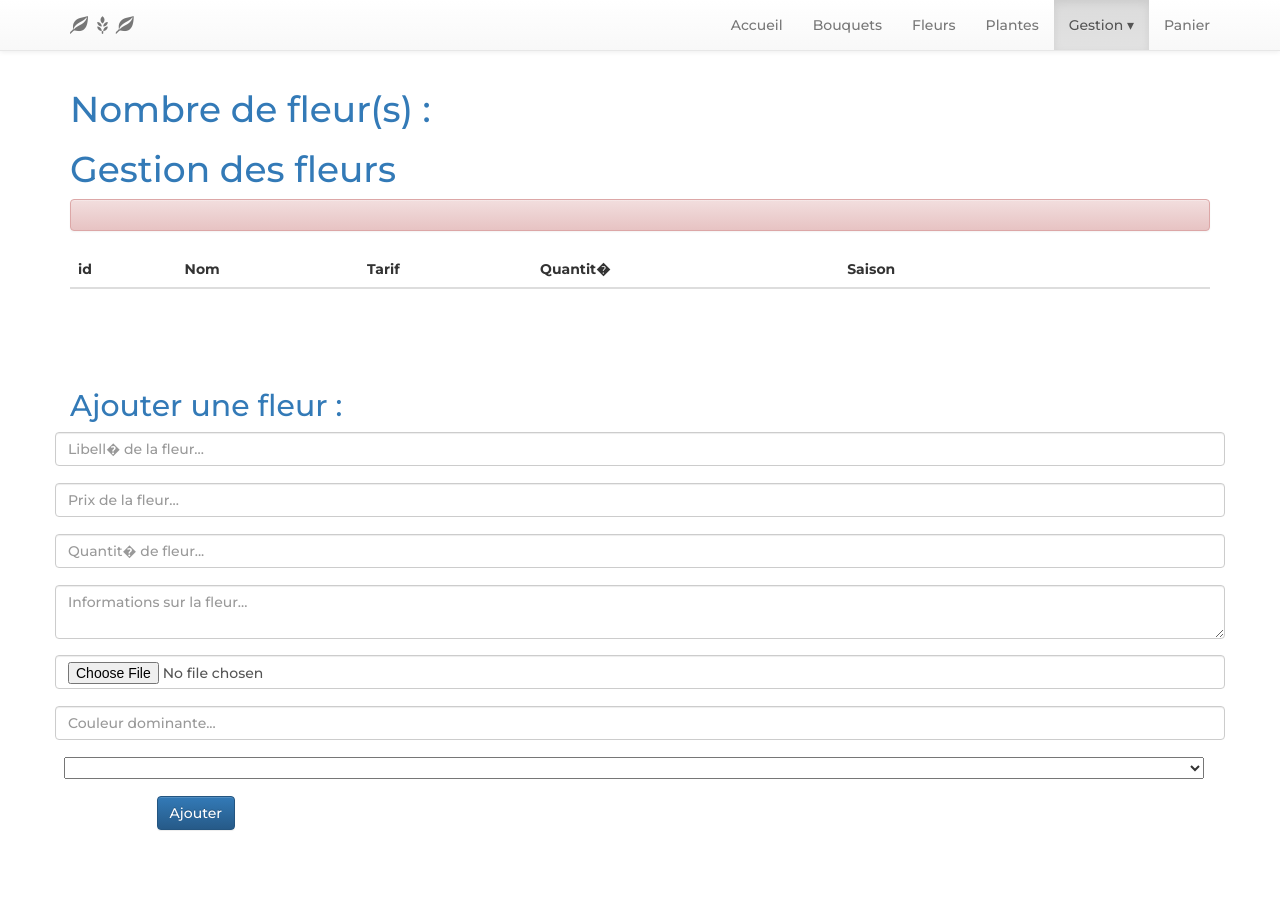
Repository: JeremT8/JavaFleuristeProject
Page: tp-fleuriste/src/main/webapp/fleurs.html
The author's editor kept a copy of each file at every save. The page is drawn from the files as they stood at one save, then again after the next save.
The browser window is 1280 px wide. The pictures show the whole page.
The page's requests for data from a server got no answer. Some web libraries are served in a nearby version.

Above is the page before, as saved 2022-05-19 07:50:15.

After the next save:
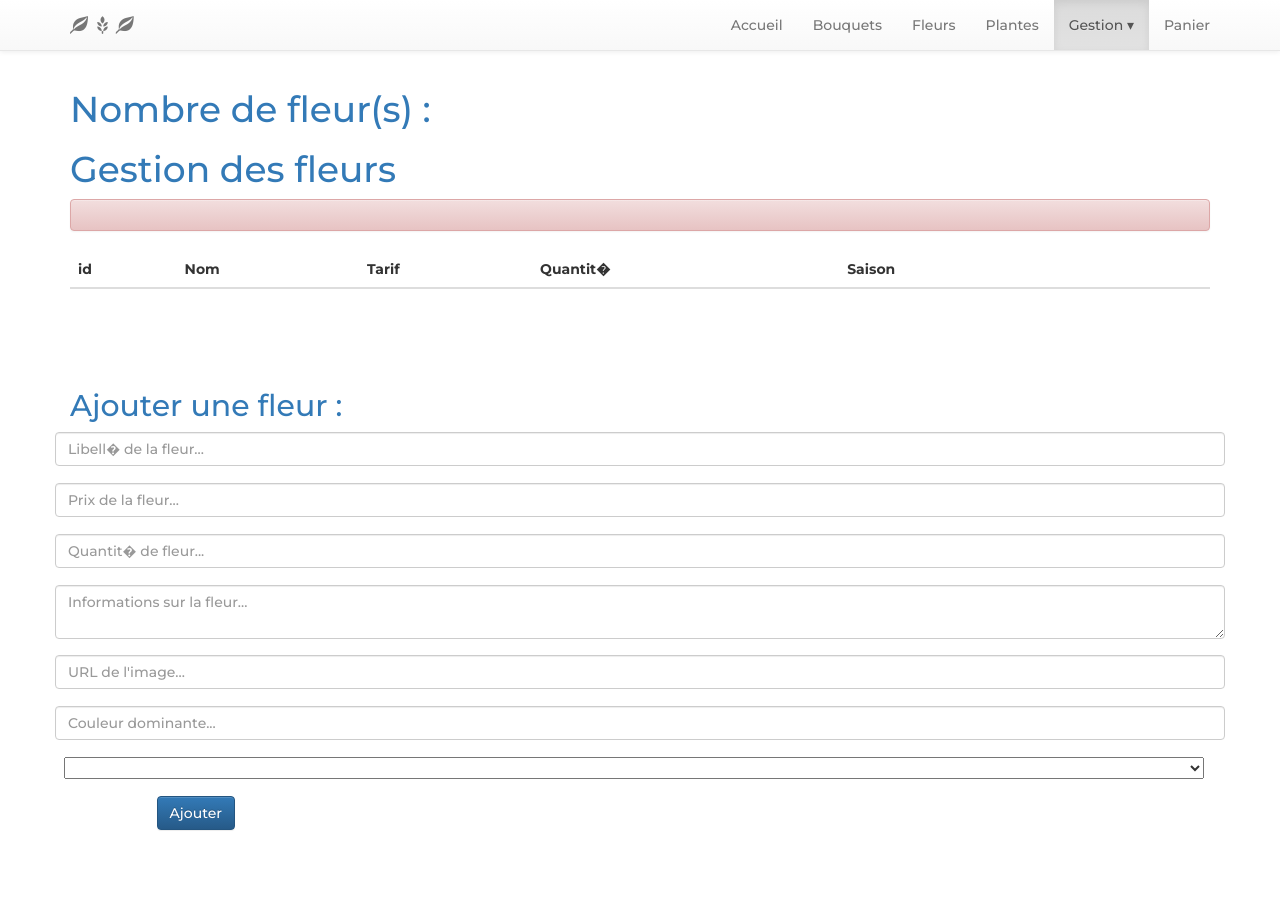
Saved 4 min 14 s later.
--- a/tp-fleuriste/src/main/webapp/fleurs.html
+++ b/tp-fleuriste/src/main/webapp/fleurs.html
@@ -121,7 +121,7 @@
 							aria-label="With textarea"></textarea>
 					</div>
 					<div class="div-form-input mb-3">
-						<input type="file"
+						<input type="text"
 							id="urlImageFleur" class="form-control"
 							placeholder="URL de l'image..." aria-label="Username"
 							aria-describedby="basic-addon1">
